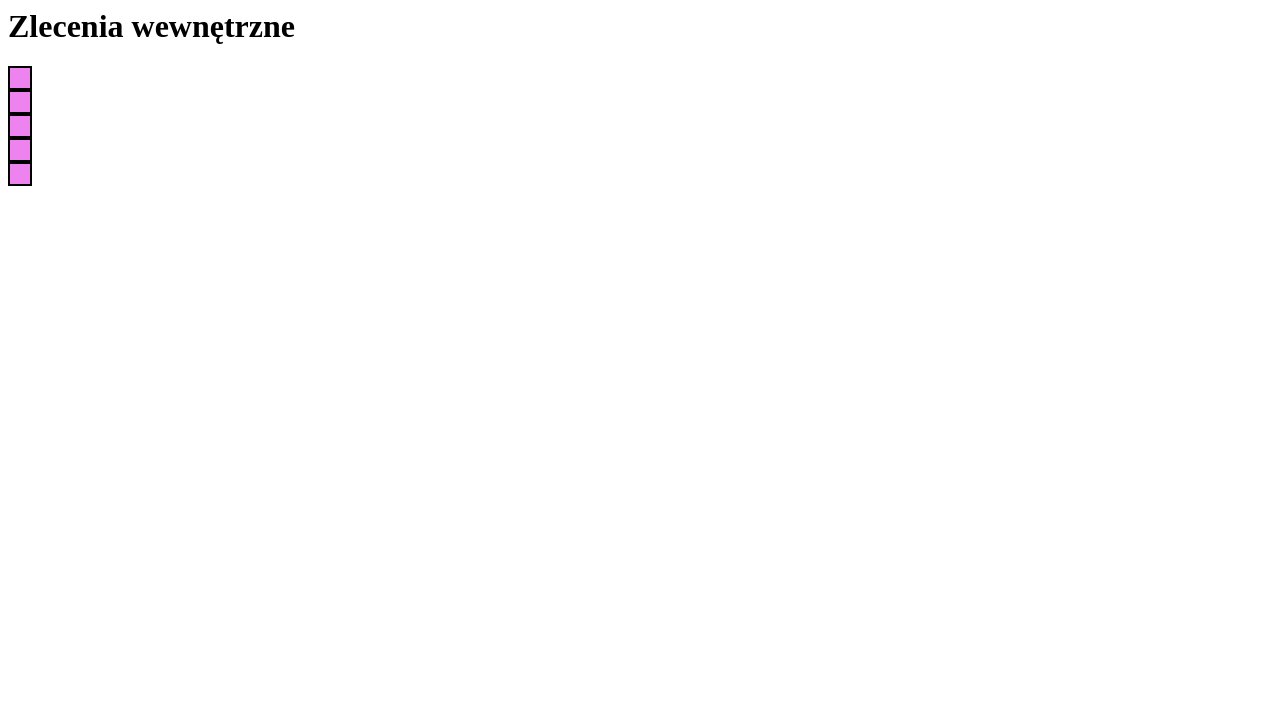
Repository: emdes515/EHpanel
Page: html/dashboardZleceniaWewnetrzne.html
The author's editor kept a copy of each file at every save. The page is drawn from the files as they stood at one save, then again after the next save.
The browser window is 1280 px wide. The pictures show the whole page.

Above is the page before, as saved 2024-04-18 08:21:13.

### html/dashboardZleceniaWewnetrzne.html
<style>
	h2 {
		font-size: 15px;
		margin-top: 10px;
	}

	.gridWrapper {
		display: grid;
		grid-template-columns: 1fr 1fr 1fr;
		grid-template-rows: 1fr 1fr;
		width: 100%;
		height: 100%;
		background-color: red;
	}

	.element {
		background-color: violet;
		width: 20px;
		height: 20px;
		border: 2px solid black;
	}
</style>

<h1 class="text-center w-100">Zlecenia wewnętrzne</h1>

<div style="gridWrapper">
	<div class="element"></div>
	<div class="element"></div>
	<div class="element"></div>
	<div class="element"></div>
	<div class="element"></div>
</div>

<!-- <div
	class="d-grid container-fluid text-center"
	style="height: 90%">
	<div class="row">
		<div
			class="col border-primary"
			id="dashboardZleceniaWewnetrzneDzialyZglaszajace">
			<h2 style="height: 10%">Działy zgłaszające</h2>
			<div id="dashboardZleceniaWewnetrzneDzialyZglaszajacePulpit"></div>
		</div>

		<div
			class="col border-primary"
			id="dashboardZleceniaWewnetrzneRodzajeWnioskowanejPracy">
			<h2 style="height: 10%">Rodzaje wnioskowanej parcy</h2>
			<div id="dashboardZleceniaWewnetrzneRodzajeWnioskowanejPracyPulpit"></div>
		</div>

		<div
			class="col border-primary"
			id="dashboardZleceniaWewnetrzneRodzajeZalaczanychDokumentow">
			<h2 style="height: 10%">Rodzaje zalączanych dokumentów</h2>
			<div id="dashboardZleceniaWewnetrzneRodzajeZalaczanychDokumentowPulpit"></div>
		</div>
	</div>

	<div class="row">
		<div
			class="col-4"
			id="dashboardZleceniaWewnetrzneRynki">
			<h2 style="height: 10%">Wewnętrze rynki</h2>
			<div id="dashboardZleceniaWewnetrzneRynkiPulpit"></div>
		</div>

		<div
			class="col-4"
			id="dashboardZleceniaWewnetrzneTypyWnioskow">
			<h2 style="height: 15%">Wewnetrzne typy wniosków</h2>
			<div id="dashboardZleceniaWewnetrzneTypyWnioskowPulpit"></div>
		</div>
	</div>

	<script
		type="text/javascript"
		src="js/dashboardZleceniaWewnetrzne.js"></script>
</div> -->

After the next save:
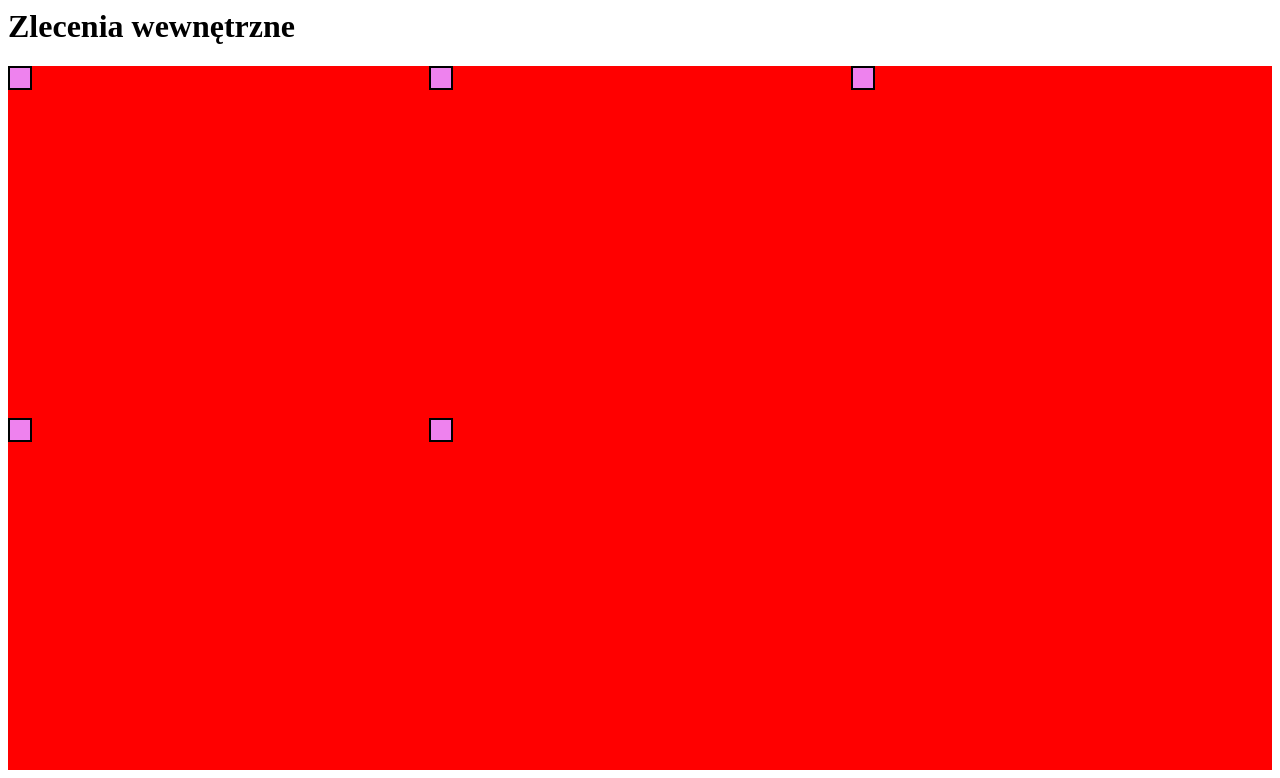
Saved 7 s later.
--- a/html/dashboardZleceniaWewnetrzne.html
+++ b/html/dashboardZleceniaWewnetrzne.html
@@ -23,7 +23,7 @@
 
 <h1 class="text-center w-100">Zlecenia wewnętrzne</h1>
 
-<div style="gridWrapper">
+<div class="gridWrapper">
 	<div class="element"></div>
 	<div class="element"></div>
 	<div class="element"></div>

After the save that followed:
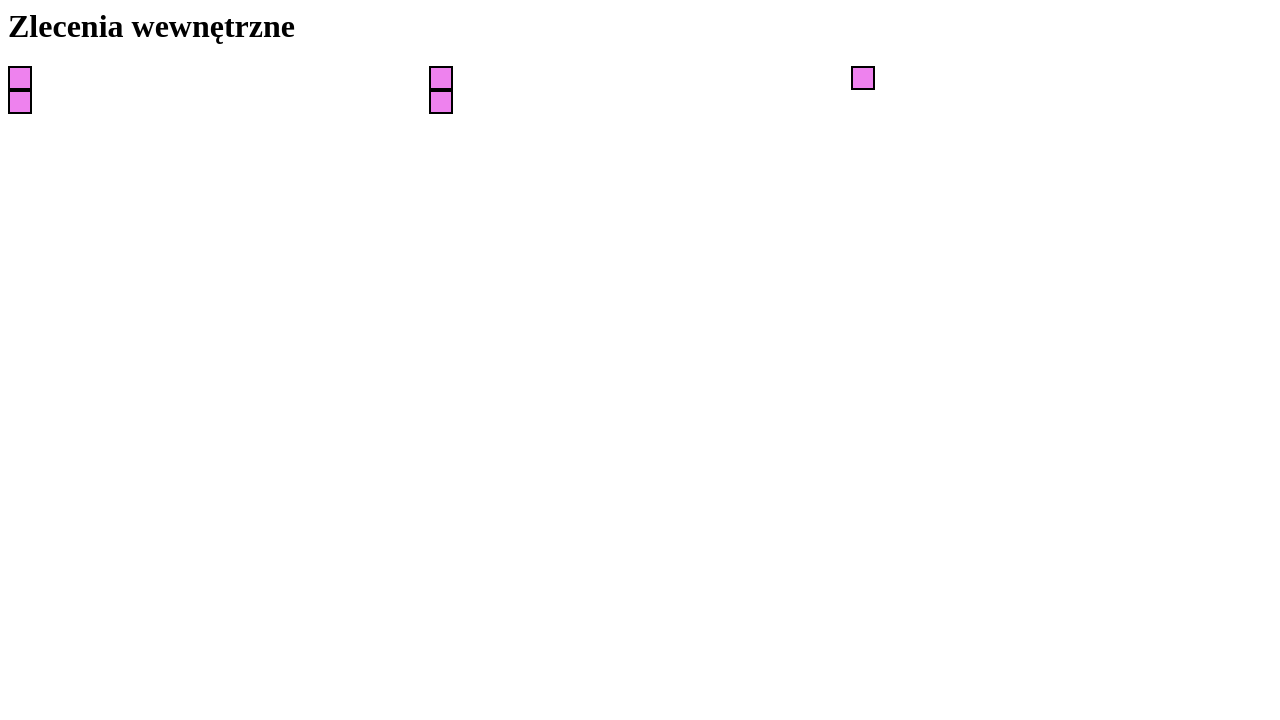
Saved 6 s later.
--- a/html/dashboardZleceniaWewnetrzne.html
+++ b/html/dashboardZleceniaWewnetrzne.html
@@ -8,9 +8,6 @@
 		display: grid;
 		grid-template-columns: 1fr 1fr 1fr;
 		grid-template-rows: 1fr 1fr;
-		width: 100%;
-		height: 100%;
-		background-color: red;
 	}
 
 	.element {
